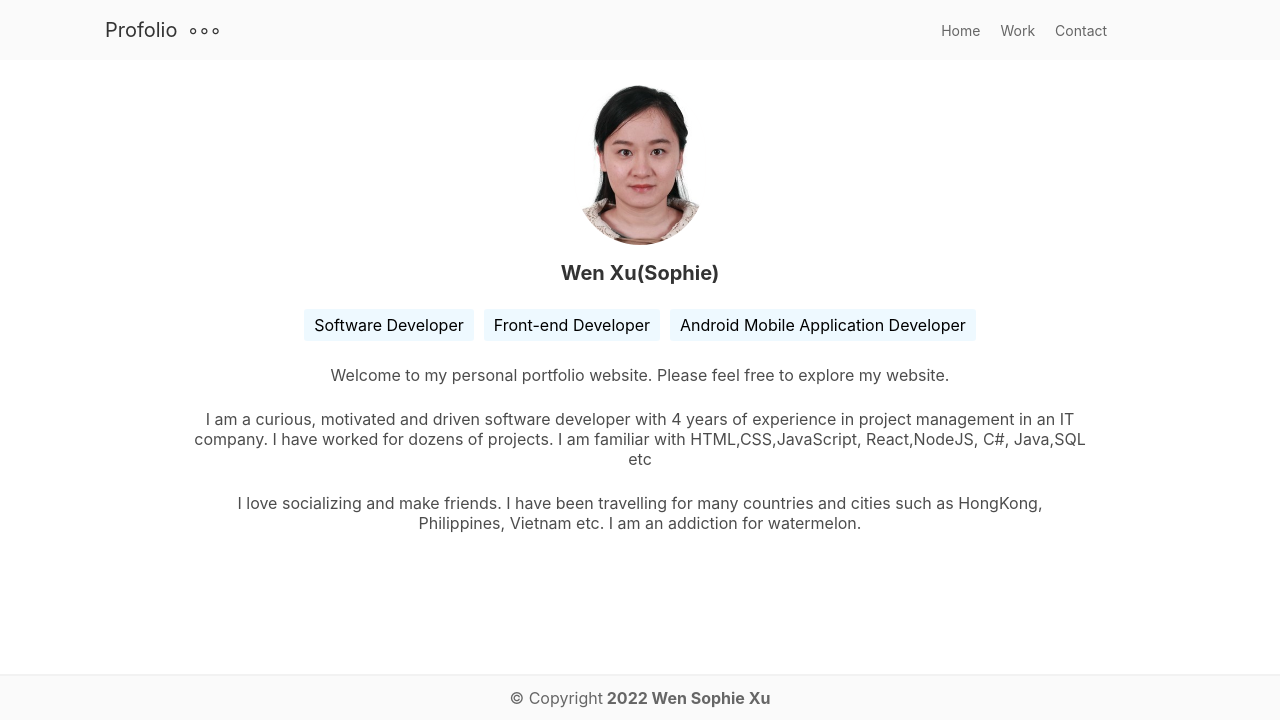
Repository: wenxi0504/myResume_app
Page: /
An editor plug-in stored every save of this project. The page is shown before and after the next save, followed by the edit.
The browser window is 1280 px wide. The pictures show the whole page.
The project was rebuilt for these pictures with package versions that can differ from the ones it lists, and the page was loaded fresh each time. Also part of the build but not shown: src/pages/WorkPage/works.module.scss, src/components/WorkLists/work.module.scss, src/components/WorkLists/index.js, src/pages/WorkPage/index.js, src/pages/WorkPageDetail/index.js, src/pages/Contact/index.js.

Above is the page before, as saved 2022-01-04 00:55:45.

### src/index.js
import React from 'react';
import ReactDOM from 'react-dom';
import './index.css';
import App from './pages/App';
import reportWebVitals from './reportWebVitals';
import { BrowserRouter as Router} from 'react-router-dom'



ReactDOM.render(
  <Router>
    <App />
  </Router>,
  document.getElementById('root')
);

// If you want to start measuring performance in your app, pass a function
// to log results (for example: reportWebVitals(console.log))
// or send to an analytics endpoint. Learn more: https://bit.ly/CRA-vitals
reportWebVitals();

### src/index.css
body {
  margin: 0;
  padding: 0;
  font-family: -apple-system, BlinkMacSystemFont, "Segoe UI", "Roboto", "Oxygen",
    "Ubuntu", "Cantarell", "Fira Sans", "Droid Sans", "Helvetica Neue",
    sans-serif;
  -webkit-font-smoothing: antialiased;
  -moz-osx-font-smoothing: grayscale;
}

code {
  font-family: source-code-pro, Menlo, Monaco, Consolas, "Courier New",
    monospace;
}


body, h1, h2, h3, h4, h5, h6, hr, p, blockquote, dl, dt, dd, ul, ol, li, pre, form, fieldset, legend, button, input, textarea, th, td {
  margin:0; padding:0;
}
body, button, input, select, textarea {
  font:12px/1.5tahoma, arial, \5b8b\4f53;
}
h1, h2, h3, h4, h5, h6{
  font-size:100%;
  color:rgb(51, 51, 51);
}
address, cite, dfn, em, var {
  font-style:normal;
}
code, kbd, pre, samp {
  font-family:couriernew, courier, monospace;
}
small{
  font-size:12px;
}
ul, ol {
  list-style:none;

}

a {
  text-decoration:none;
}

sup {
  vertical-align:text-top;
}
sub{
  vertical-align:text-bottom;
}
legend {
  color:#000;
}
fieldset, img {
  border:0;
}
button, input, select, textarea {
  font-size:100%;
}
table {
  border-collapse:collapse; border-spacing:0;
}


html,body,#root{
   width: 100%;
   height: 100%;
}

code {
  font-family: source-code-pro, Menlo, Monaco, Consolas, "Courier New",
    monospace;
}

### src/pages/App.js
import logo from "./logo.svg";
import styles from "./App.module.scss";
import { Link, Routes, Route } from "react-router-dom";
import HomePage from "./HomePage";
import WorkPage from "./WorkPage";
import WorkPageDetail from "./WorkPageDetail";
import Contact from "./Contact";
function App() {
  //get value of location

  return (
    <div className={styles.App}>
      {/*Header*/}
      <header className={styles.header}>
        <div className={styles.box}>
          <Link to="/">
            <div className={styles.boxleft}>Profolio</div>
          </Link>
          <div className={styles.boxright}>
            <Link to="/">
              <p>Home</p>
            </Link>
            <Link to="/works">
              <p>Work</p>
            </Link>
            <Link to="/contact">
              <p>Contact</p>
            </Link>
          </div>
        </div>
      </header>

      {/* Content */}
      <section className={styles.content}>
        <div>
          <Routes>
            <Route path="/" exact element={<HomePage />} />
            <Route path="/works" exact element={<WorkPage />} />
            <Route path="/works/:id" exact element={<WorkPageDetail />} />
            <Route path="/contact" exact element={<Contact />} />
          </Routes>
        </div>
      </section>

      {/*footer*/}
      <footer className={styles.footer}>
        <p>
          © Copyright<b> 2022 Wen Sophie Xu</b>
        </p>
      </footer>
    </div>
  );
}

export default App;

### src/pages/App.module.scss

.App {
  display: flex;
  min-height: 100vh;
  flex-direction: column;
  .content{
     flex: 1;
     text-align: center;
  }
  .header{
    background-color: rgb(250, 250, 250);
    height: 60px;
    .selected{
      color: #333!important;
      padding-bottom: 5px;
      border-bottom: 1.5px solid #333;
    }
    .box{
      width: 70%;
      height: 100%;


      display: flex;
      align-items: center;
      justify-content: space-between;
      a:hover {
        text-decoration:none;
      }
      .boxleft{
        font-size: 20px;
        color: rgb(51, 51, 51);
        padding: 0px 5px 0px 100px;
        margin: 0px 5px ;
      }
      .boxleft::after {
        content: "◦◦◦";
        margin-left: 0.5em;
      }

      .boxright{
        display: inline-flex;
        justify-content: flex-start;
        padding: 0px 5px 0px 100px;
        margin: 0px 5px 0px 600px;
        p{
          margin: 0px 10px;
          font-size: 14px;
          color: rgb(102, 102, 102);

        }
      }
      div{
        cursor: pointer;
      }
    }
  }
  .footer{
    text-align: center;
    padding: 10px 0px;
    color: rgb(102, 102, 102);
    background: #fafafa;
    border-top: 2px solid #f2f2f2;
    p{
      padding: 2px 0px;
    }
  }
}

### src/pages/HomePage/index.js
// eslint-disable-next-line no-unused-vars
import React, { Component } from 'react';
import styles from'./home.module.scss'


// eslint-disable-next-line import/no-anonymous-default-export
export default () => {
    return <div className={styles.wrap}>
        {/* Personal Info*/}
       <section className={styles.brief}>

       <img className={styles.backgroundColor} src={require("../../assets/images/wenxuReact2.jpg")} alt="sophie"/>
       <h2>Wen Xu(Sophie)</h2>

       <ul>
          <li>Software Developer</li>
          <li>Front-end Developer</li>
          <li>Android Mobile Application Developer</li>
       </ul>
       <p>Welcome to my personal portfolio website. Please feel free to explore my website.</p>
       <p>I am a curious, motivated and driven software developer with 4 years of experience in project management in an IT company. I have worked for dozens of projects. I am familiar with HTML,CSS,JavaScript, React,NodeJS, C#, Java,SQL etc </p>
       <p>I love socializing and make friends. I have been travelling for many countries and cities such as HongKong, Philippines, Vietnam etc. I am an addiction for watermelon. </p>
       </section>

        </div>
}

### src/pages/HomePage/home.module.scss

    .wrap{
        flex: 1;
        width: 70%;
        margin: 5px auto;
        .brief{
           text-align: center;


            h2{
              padding: 12px 0px;
              font-size: 20px;
            }

            img{

               width: 130px;
               height: 160px;
               border-radius: 150px;
               margin-top: 20px;
               box-shadow:0px 0px 2px 0px rgb(253, 251, 251)

            }
            img:hover{
                box-shadow: 0px 0px 15px 3px rgb(246, 239, 233)
            }



           ul{
            display: flex;
            justify-content: center;
             li{
                padding: 6px 10px;
                background: rgba(87, 199, 255, 0.1);
                margin: 12px 5px;
                border-radius: 3px;
             }
           }

           p{
            padding: 12px 0px;
            color: rgba(0, 0, 0, 0.7);
          }
        }

        .work{
            text-align: center;
            padding-top: 40px;
            padding-bottom: 25px;
            .title{
              h3{
                font-size: 30px;
                padding-bottom: 12px;
                color: rgba(0,0,0,.8);
                font-weight: 400;
              }
              p{
                color: rgba(0, 0, 0, 0.7);
              }
            }

    }
}

Loaded but not shown: public/index.html (common file); src/reportWebVitals.js (common file)

After the next save:
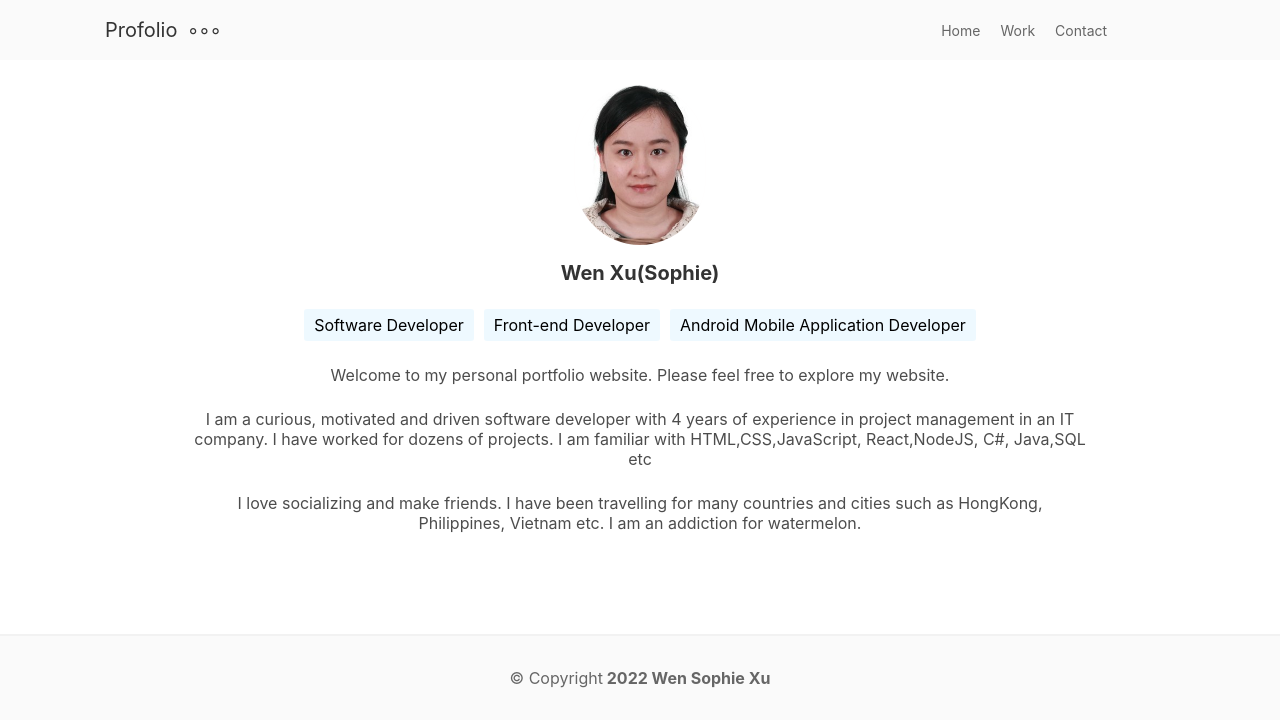
Saved 47 s later.
--- a/src/pages/App.module.scss
+++ b/src/pages/App.module.scss
@@ -1,66 +1,63 @@
-
 .App {
   display: flex;
   min-height: 100vh;
   flex-direction: column;
-  .content{
-     flex: 1;
-     text-align: center;
+  .content {
+    flex: 1;
+    text-align: center;
   }
-  .header{
+  .header {
     background-color: rgb(250, 250, 250);
     height: 60px;
-    .selected{
-      color: #333!important;
+    .selected {
+      color: #333 !important;
       padding-bottom: 5px;
       border-bottom: 1.5px solid #333;
     }
-    .box{
+    .box {
       width: 70%;
       height: 100%;
-
 
       display: flex;
       align-items: center;
       justify-content: space-between;
       a:hover {
-        text-decoration:none;
+        text-decoration: none;
       }
-      .boxleft{
+      .boxleft {
         font-size: 20px;
         color: rgb(51, 51, 51);
         padding: 0px 5px 0px 100px;
-        margin: 0px 5px ;
+        margin: 0px 5px;
       }
       .boxleft::after {
         content: "◦◦◦";
         margin-left: 0.5em;
       }
 
-      .boxright{
+      .boxright {
         display: inline-flex;
         justify-content: flex-start;
         padding: 0px 5px 0px 100px;
         margin: 0px 5px 0px 600px;
-        p{
+        p {
           margin: 0px 10px;
           font-size: 14px;
           color: rgb(102, 102, 102);
-
         }
       }
-      div{
+      div {
         cursor: pointer;
       }
     }
   }
-  .footer{
+  .footer {
     text-align: center;
-    padding: 10px 0px;
+    padding: 30px 0px;
     color: rgb(102, 102, 102);
     background: #fafafa;
     border-top: 2px solid #f2f2f2;
-    p{
+    p {
       padding: 2px 0px;
     }
   }
